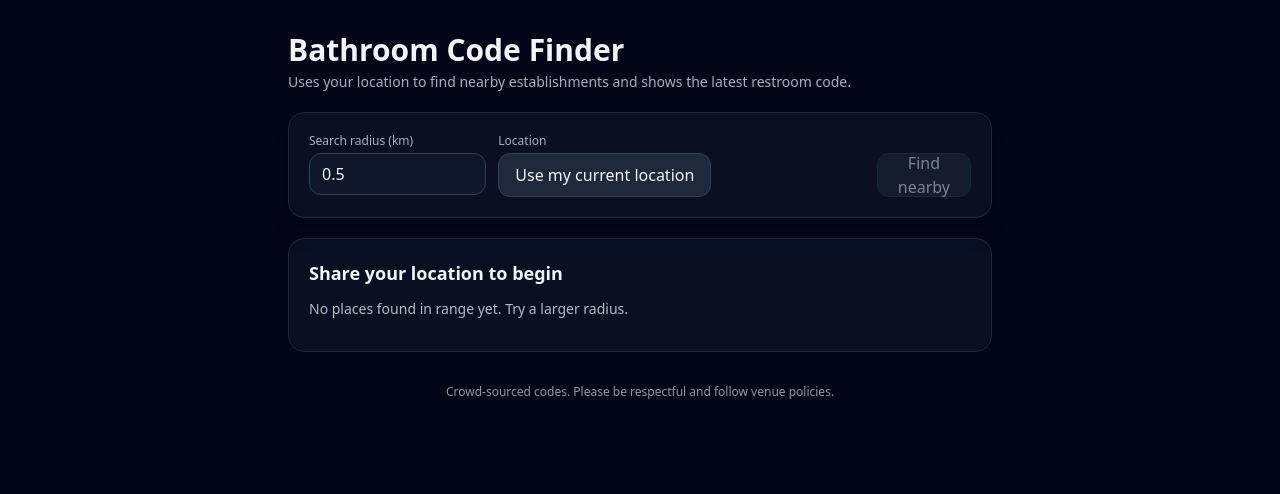
Repository: codcodedob/glitch
Page: /
The author's editor kept a copy of each file at every save. The page is drawn from the files as they stood at one save, then again after the next save.
The browser window is 1280 px wide. The pictures show the whole page.
The page's requests for data from a server got no answer. The project was rebuilt for these pictures with package versions that can differ from the ones it lists, and the page was loaded fresh each time. The framework's server and built-in components were replaced by stand-ins that run in the browser. No one was signed in, and anything a server would have sent is missing. Also part of the build but not shown: next.config.js, next.config.mjs, next.config.ts.

Above is the page before, as saved 2025-09-30 17:35:47.

### pages/_app.tsx
import type { AppProps } from "next/app";
import { Toaster } from "react-hot-toast";
import "leaflet/dist/leaflet.css";
import "@/styles/globals.css";

export default function App({ Component, pageProps }: AppProps) {
  return (
    <>
      <Component {...pageProps} />
      <Toaster position="top-center" />
    </>
  );
}

### pages/index.tsx
// pages/index.tsx
import Head from "next/head";
import dynamic from "next/dynamic";
import { useCallback, useEffect, useMemo, useRef, useState } from "react";
import toast from "react-hot-toast";

type Establishment = {
  id: string;
  name: string;
  address: string;
  lat: number;
  lng: number;
  restroom_available: boolean | null;
  distance_km?: number;
  code?: string | null;
  code_updated_at?: string | null;
};

// Vanilla Leaflet map (no react-leaflet)
const MapView = dynamic(() => import("@/components/MapView"), { ssr: false });

export default function Home() {
  const [pos, setPos] = useState<{ lat: number; lng: number } | null>(null);
  const [posStatus, setPosStatus] = useState<
    "idle" | "prompting" | "granted" | "denied" | "unavailable"
  >("idle");

  const [radiusKm, setRadiusKm] = useState<number>(0.5);
  const [results, setResults] = useState<Establishment[]>([]);
  const [loading, setLoading] = useState(false);
  const [fetchError, setFetchError] = useState<string | null>(null);

  const [quickEdit, setQuickEdit] = useState<{ id: string; name: string } | null>(null);
  const staffToken = process.env.NEXT_PUBLIC_SUBMIT_TOKEN; // dev-only toggle for staff_verified

  const inFlight = useRef(false);

  useEffect(() => {
    if (!("geolocation" in navigator)) {
      setPosStatus("unavailable");
    }
  }, []);

  const requestLocation = useCallback(() => {
    if (!("geolocation" in navigator)) {
      setPosStatus("unavailable");
      return;
    }
    setPosStatus("prompting");
    navigator.geolocation.getCurrentPosition(
      (p) => {
        setPos({ lat: p.coords.latitude, lng: p.coords.longitude });
        setPosStatus("granted");
      },
      (err) => {
        setPosStatus(err.code === err.PERMISSION_DENIED ? "denied" : "unavailable");
      },
      { enableHighAccuracy: true, timeout: 12000, maximumAge: 10000 }
    );
  }, []);

  const fetchNearest = useCallback(async () => {
    if (!pos || inFlight.current) return;
    setLoading(true);
    setFetchError(null);
    inFlight.current = true;
    try {
      const q = new URLSearchParams({
        lat: String(pos.lat),
        lng: String(pos.lng),
        radius_km: String(radiusKm),
      });
      const res = await fetch(`/api/nearest?${q.toString()}`, {
        headers: { "cache-control": "no-store" },
      });
      if (!res.ok) throw new Error(`Server ${res.status}: ${await res.text()}`);
      const data = (await res.json()) as { establishments?: Establishment[] };
      setResults(data.establishments ?? []);
    } catch (e: any) {
      setFetchError(e?.message ?? "Failed to fetch nearby places.");
    } finally {
      setLoading(false);
      inFlight.current = false;
    }
  }, [pos, radiusKm]);

  // fetch when position arrives
  useEffect(() => {
    if (pos) fetchNearest();
  }, [pos, fetchNearest]);

  // Auto-resolve building and toast
  useEffect(() => {
    if (!pos) return;
    (async () => {
      try {
        const q = new URLSearchParams({ lat: String(pos.lat), lng: String(pos.lng) });
        const r = await fetch(`/api/resolve-building?${q.toString()}`);
        const data = await r.json();

        if (data.status === "code") {
          toast.success(`🧻 ${data.establishment.name} — code: ${data.code}`, { duration: 6000 });
        } else if (data.status === "no_code") {
          toast(
            (t) => (
              <div className="text-sm">
                <div>✍️ {data.establishment?.name || "This place"} — no code yet</div>
                <div className="mt-2 flex gap-2">
                  <button
                    className="rounded border border-slate-700 bg-slate-800 px-2 py-1 hover:bg-slate-700"
                    onClick={async () => {
                      const q2 = new URLSearchParams({
                        lat: String(pos!.lat),
                        lng: String(pos!.lng),
                      });
                      const r2 = await fetch(`/api/nearby-places?${q2.toString()}`);
                      const j = await r2.json();

                      if (!j?.places?.length) {
                        toast("No other nearby places found", { id: t.id, duration: 3000 });
                        return;
                      }

                      toast.custom(
                        (tt) => (
                          <div className="rounded-xl border border-slate-800 bg-slate-900/95 p-3 text-sm shadow-2xl">
                            <div className="mb-2 font-medium">Pick the correct place</div>
                            <div className="flex flex-col gap-2">
                              {j.places.map((p: any) => (
                                <button
                                  key={p.place_id}
                                  className="text-left rounded border border-slate-700 bg-slate-800 px-2 py-1 hover:bg-slate-700"
                                  onClick={async () => {
                                    const q3 = new URLSearchParams({
                                      lat: String(pos!.lat),
                                      lng: String(pos!.lng),
                                      place_id: p.place_id,
                                    });
                                    const r3 = await fetch(`/api/resolve-building?${q3.toString()}`);
                                    const d3 = await r3.json();

                                    if (d3.status === "code") {
                                      toast.success(
                                        `🧻 ${d3.establishment.name} — code: ${d3.code}`,
                                        { duration: 6000 }
                                      );
                                    } else if (d3.status === "no_code") {
                                      setQuickEdit({ id: d3.establishment.id, name: d3.establishment.name });
                                      toast(`✍️ ${d3.establishment.name} — no code yet`, { duration: 4500 });
                                    } else if (d3.status === "no_restroom") {
                                      toast(`🚫 ${d3.establishment.name} — no restroom`, { duration: 4500 });
                                    }
                                    toast.dismiss(tt.id);
                                    toast.dismiss(t.id);
                                    await fetchNearest();
                                  }}
                                >
                                  <div className="font-medium">{p.name}</div>
                                  <div className="text-xs opacity-70">{p.address}</div>
                                </button>
                              ))}
                            </div>
                          </div>
                        ),
                        { id: `${t.id}-chooser`, duration: 10000 }
                      );
                    }}
                  >
                    Not this place?
                  </button>

                  <button
                    className="rounded border border-slate-700 bg-slate-800 px-2 py-1 hover:bg-slate-700"
                    onClick={() => {
                      setQuickEdit({ id: data.establishment.id, name: data.establishment.name });
                      toast.dismiss(t.id);
                    }}
                  >
                    Update code
                  </button>
                </div>
              </div>
            ),
            { duration: 6000 }
          );
        } else if (data.status === "no_restroom") {
          toast(`🚫 ${data.establishment?.name || "This place"} — no restroom`, { duration: 4500 });
        }
      } catch {
        // ignore
      }
    })();
  }, [pos, fetchNearest]);

  const header = useMemo(
    () => (!pos ? "Share your location to begin" : `Nearest bathrooms within ${radiusKm} km`),
    [pos, radiusKm]
  );

  return (
    <>
      <Head>
        <title>Bathroom Code Finder</title>
        <meta
          name="description"
          content="Find the nearest establishment and see the current restroom code (crowd-verified)."
        />
      </Head>

      <div className="min-h-screen bg-slate-950 text-slate-100">
        <div className="mx-auto max-w-3xl p-6 sm:p-8">
          <header className="mb-5">
            <h1 className="text-2xl sm:text-3xl font-bold">Bathroom Code Finder</h1>
            <p className="text-sm opacity-70 mt-1">
              Uses your location to find nearby establishments and shows the latest restroom code.
            </p>
          </header>

          {/* Controls */}
          <div className="rounded-2xl border border-slate-800 bg-slate-900/60 p-4 sm:p-5 shadow-xl">
            <div className="flex flex-col gap-3 sm:flex-row sm:items-end sm:justify-between">
              <div className="grid grid-cols-1 sm:grid-cols-3 gap-3 w-full sm:w-auto">
                <div>
                  <label className="block text-xs opacity-70 mb-1">Search radius (km)</label>
                  <input
                    type="number"
                    min={0.1}
                    step={0.1}
                    value={radiusKm}
                    onChange={(e) => setRadiusKm(parseFloat(e.target.value || "0.5"))}
                    className="w-full rounded-xl border border-slate-700 bg-slate-900 px-3 py-2 text-slate-100"
                  />
                </div>

                <div className="sm:col-span-2">
                  <label className="block text-xs opacity-70 mb-1">Location</label>
                  {!pos ? (
                    <button
                      onClick={requestLocation}
                      className="inline-flex h-11 items-center justify-center rounded-xl border border-slate-700 bg-slate-800 px-4 font-medium hover:bg-slate-700"
                    >
                      {posStatus === "prompting" ? "Requesting…" : "Use my current location"}
                    </button>
                  ) : (
                    <div className="flex items-center gap-3">
                      <span className="inline-flex items-center rounded-full border border-emerald-700 bg-emerald-900/40 px-2.5 py-1 text-xs text-emerald-100">
                        location ready
                      </span>
                      <button
                        onClick={requestLocation}
                        className="text-sm underline underline-offset-4 opacity-80 hover:opacity-100"
                        title="Refresh location"
                      >
                        Refresh
                      </button>
                    </div>
                  )}
                </div>
              </div>

              <div className="mt-1 sm:mt-0">
                <button
                  onClick={fetchNearest}
                  disabled={!pos || loading}
                  className="inline-flex h-11 items-center justify-center rounded-xl border border-slate-700 bg-slate-800 px-5 font-medium hover:bg-slate-700 disabled:opacity-50"
                >
                  {loading ? "Searching…" : "Find nearby"}
                </button>
              </div>
            </div>

            {!pos && posStatus === "denied" && (
              <p className="mt-3 text-pink-300">
                Location permission denied. Enable it in your browser settings and try again.
              </p>
            )}
            {posStatus === "unavailable" && (
              <p className="mt-3 text-pink-300">Geolocation is not available on this device/browser.</p>
            )}
            {fetchError && <p className="mt-3 text-pink-300">{fetchError}</p>}
          </div>

          {/* Map */}
          {pos && (
            <div className="mt-5">
              <MapView center={pos} places={results} />
            </div>
          )}

          {/* Results list with empty state directly under header */}
          <section className="mt-5 rounded-2xl border border-slate-800 bg-slate-900/60 p-4 sm:p-5">
            <h2 className="text-lg font-semibold">{header}</h2>

            {results.length === 0 ? (
              <div className="mt-3 text-sm opacity-75">
                No places found in range yet. Try a larger radius.
              </div>
            ) : null}

            <ul className="mt-3 divide-y divide-slate-800">
              {results.map((r) => (
                <li key={r.id} className="py-3">
                  <div className="flex items-start justify-between gap-3">
                    <div>
                      <div className="font-semibold">
                        {r.name}{" "}
                        {typeof r.distance_km === "number" && (
                          <span className="ml-2 inline-block rounded-full border border-emerald-800 bg-emerald-900/40 px-2 py-0.5 text-xs text-emerald-100">
                            {r.distance_km.toFixed(2)} km
                          </span>
                        )}
                      </div>
                      <div className="text-xs opacity-80">{r.address}</div>

                      {r.restroom_available === false ? (
                        <div className="mt-2 text-xs opacity-70">No restroom</div>
                      ) : r.code ? (
                        <div className="mt-2">
                          <div className="text-xs opacity-80">Bathroom code</div>
                          <div className="font-mono text-xl">{r.code}</div>
                          {r.code_updated_at && (
                            <div className="text-xs opacity-70">
                              Updated {new Date(r.code_updated_at).toLocaleString()}
                            </div>
                          )}
                        </div>
                      ) : (
                        <div className="mt-2 text-xs opacity-70">No code yet</div>
                      )}

                      <div className="mt-2">
                        <button
                          className="text-sm underline underline-offset-4 opacity-80 hover:opacity-100"
                          onClick={() => setQuickEdit({ id: r.id, name: r.name })}
                        >
                          Update code
                        </button>
                      </div>
                    </div>
                  </div>
                </li>
              ))}
            </ul>
          </section>

          {/* Quick-edit floating form */}
          {quickEdit && (
            <form
              className="fixed inset-x-0 top-20 z-50 mx-auto w-full max-w-md rounded-2xl border border-slate-800 bg-slate-900/85 p-4 backdrop-blur-md shadow-2xl"
              onSubmit={async (e) => {
                e.preventDefault();
                const form = e.currentTarget;
                const code = (form.elements.namedItem("code") as HTMLInputElement).value.trim();
                const staffBox = form.elements.namedItem("staff_verified") as HTMLInputElement | null;
                if (!code) return;
                try {
                  const res = await fetch("/api/submit", {
                    method: "POST",
                    headers: {
                      "content-type": "application/json",
                      ...(staffToken ? { "x-submit-token": staffToken } : {}),
                    },
                    body: JSON.stringify({
                      establishment_id: quickEdit.id,
                      code,
                      staff_verified: !!staffBox?.checked,
                    }),
                  });
                  if (!res.ok) throw new Error(await res.text());
                  toast.success("Code saved");
                  setQuickEdit(null);
                  await fetchNearest();
                } catch (err) {
                  toast.error("Submit failed — check console");
                  console.error(err);
                }
              }}
            >
              <div className="text-sm mb-2 font-medium">Update code — {quickEdit.name}</div>
              <input
                name="code"
                autoFocus
                placeholder="Enter code"
                className="w-full rounded-xl border border-slate-700 bg-slate-900 px-3 py-2 text-slate-100"
              />
              {staffToken && (
                <label className="mt-2 flex items-center gap-2 text-xs opacity-80">
                  <input type="checkbox" name="staff_verified" /> Staff-verified
                </label>
              )}
              <div className="mt-3 flex gap-2">
                <button
                  className="rounded-xl border border-slate-700 bg-slate-800 px-4 py-2 hover:bg-slate-700"
                  type="submit"
                >
                  Save
                </button>
                <button
                  className="rounded-xl border border-slate-800 px-4 py-2"
                  type="button"
                  onClick={() => setQuickEdit(null)}
                >
                  Cancel
                </button>
              </div>
            </form>
          )}

          <footer className="mt-8 text-center text-xs opacity-60">
            Crowd-sourced codes. Please be respectful and follow venue policies.
          </footer>
        </div>
      </div>
    </>
  );
}

### styles/globals.css
@tailwind base;
@tailwind components;
@tailwind utilities;

/* your custom styles below (optional) */
:root { color-scheme: dark; }
body { background: #0b1220; color: #e5e7eb; }

### tailwind.config.js
/** @type {import('tailwindcss').Config} */
module.exports = {
    content: [
      "./pages/**/*.{js,ts,jsx,tsx}",
      "./components/**/*.{js,ts,jsx,tsx}",
      "./app/**/*.{js,ts,jsx,tsx}", // ok to include even if you don’t use /app
    ],
    theme: { extend: {} },
    plugins: [],
  };

Loaded but not shown: pages/_document.tsx (common file)

After the next save:
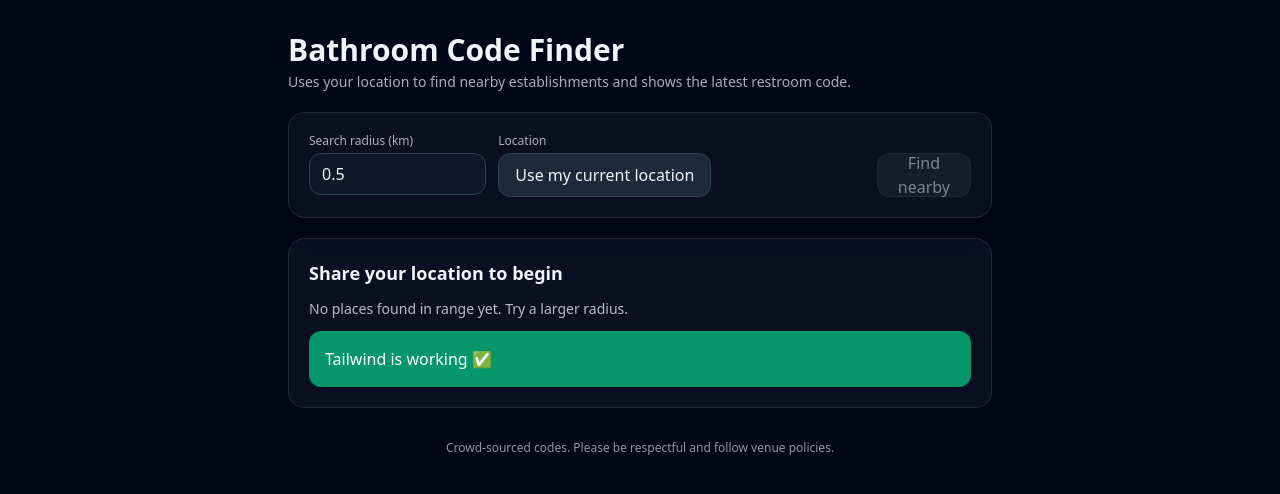
Saved 44 h 12 min later.
--- a/pages/index.tsx
+++ b/pages/index.tsx
@@ -340,10 +340,14 @@ export default function Home() {
                   </div>
                 </li>
               ))}
-            </ul>
+            </ul><div className="p-4 bg-emerald-600 text-white rounded-xl">
+  Tailwind is working ✅
+</div>
+
           </section>
 
           {/* Quick-edit floating form */}
+
           {quickEdit && (
             <form
               className="fixed inset-x-0 top-20 z-50 mx-auto w-full max-w-md rounded-2xl border border-slate-800 bg-slate-900/85 p-4 backdrop-blur-md shadow-2xl"
